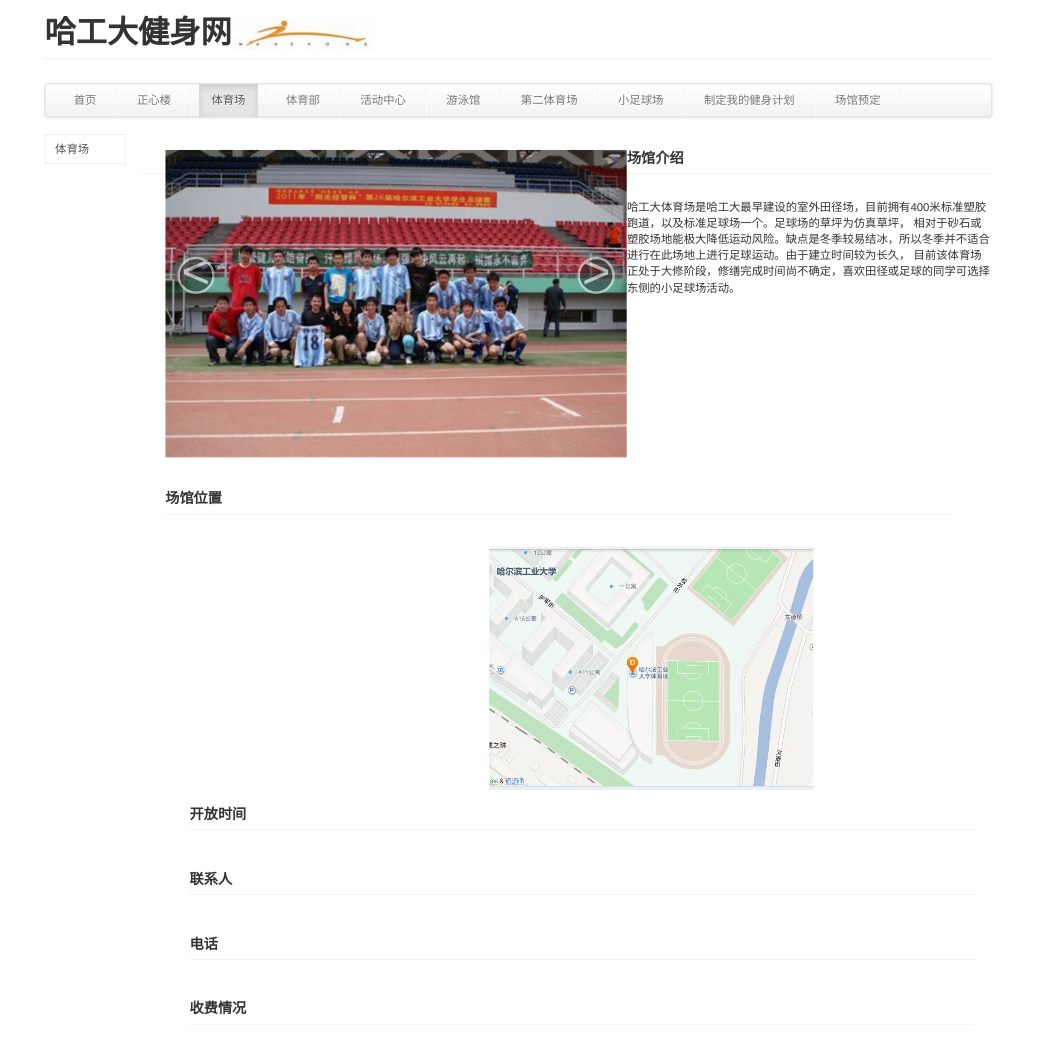
Repository: hitDeveloper/fitness
Page: http://localhost/project/gym.jsp
These files come from the project's save history. The page is drawn as it stood at one moment and after the next save; the edit follows.
The browser window is 1280 px wide. The pictures show the whole page, at 81% of full size.
The page is served by Tomcat 9. Nobody is signed in. The application's start-up code is not run.

Above is the page before, as saved 2014-11-05 00:33:32.

After the next save:
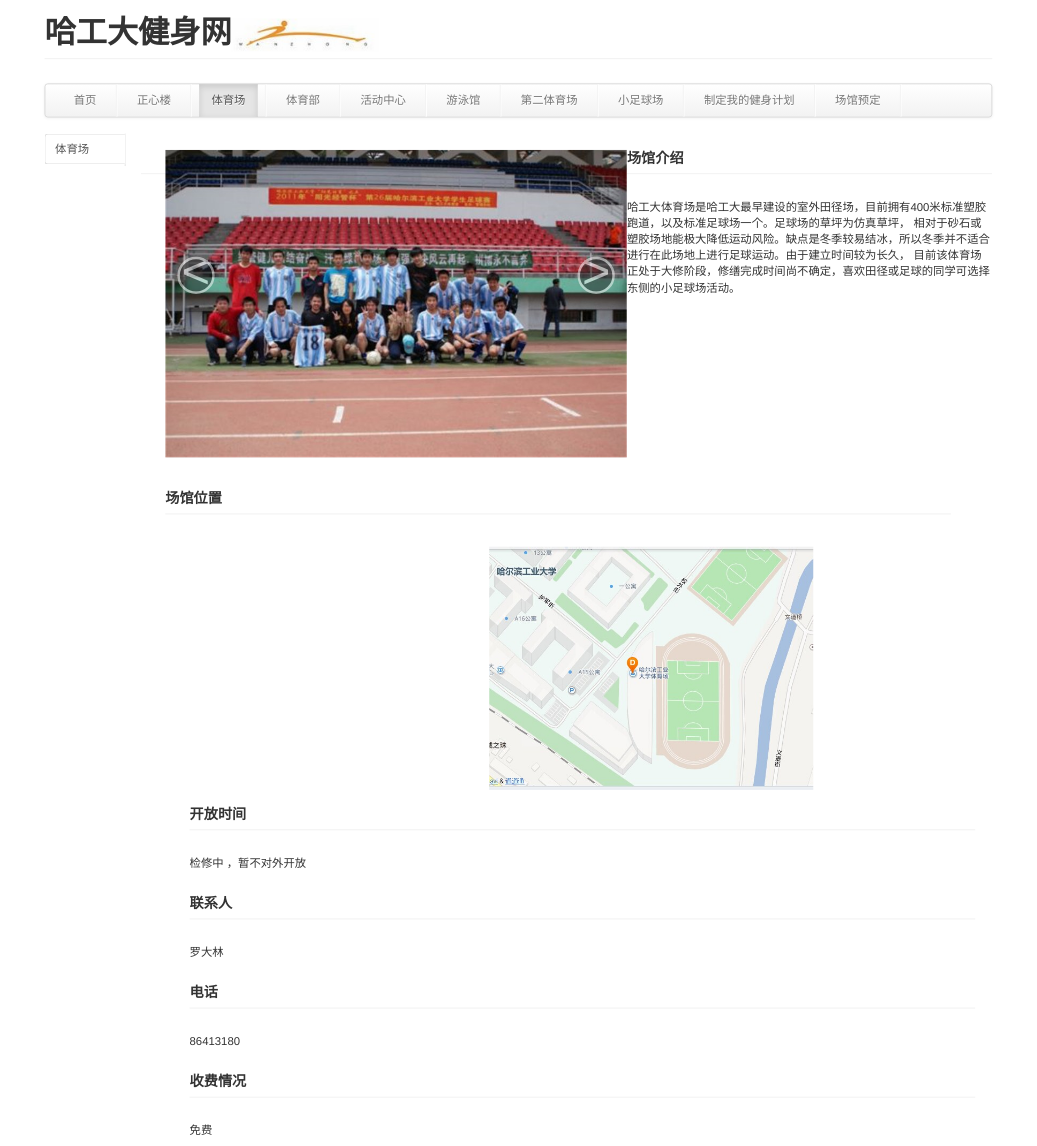
Saved 105 s later.
--- a/Project/project/WebRoot/gym.jsp
+++ b/Project/project/WebRoot/gym.jsp
@@ -81,19 +81,19 @@
 </div>
 <div class="span10">
 <h4 class="page-header">开放时间</h4>
-<p></p>
+<p>检修中 ，暂不对外开放</p>
 </div>
 <div class="span10">
 <h4 class="page-header">联系人</h4>
-<p></p>
+<p>罗大林</p>
 </div>
 <div class="span10">
 <h4 class="page-header">电话</h4>
-<p></p>
+<p>86413180</p>
 </div>
 <div class="span10">
 <h4 class="page-header">收费情况</h4>
-<p></p>
+<p>免费</p>
 </div>
 </div>
 </div>
